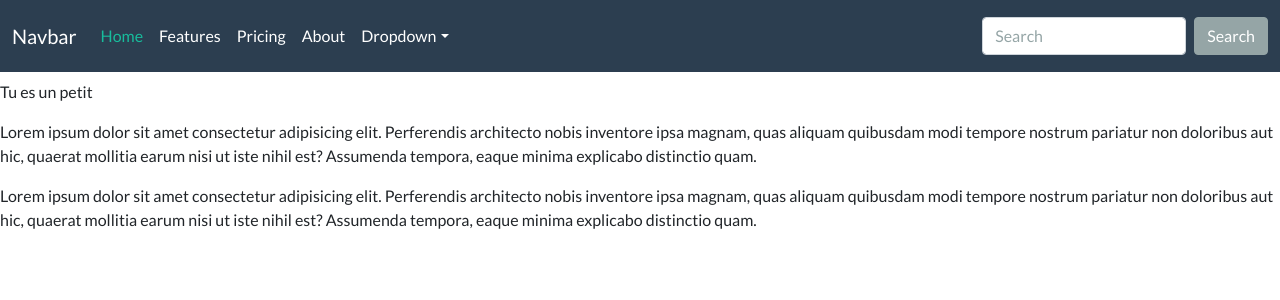
Repository: 2boubacar10/blog_lior_chamla
Page: templates/blog/home.html.twig
The author's editor kept a copy of each file at every save. The page is drawn from the files as they stood at one save, then again after the next save.
The browser window is 1280 px wide. The pictures show the whole page.
The page is a Twig template of a Symfony application; nobody is signed in and links lead nowhere. The template is opened directly, without the code that normally fills it, so the values that code supplies are empty.

Above is the page before, as saved 2021-06-26 15:06:38.

### templates/blog/home.html.twig
{% extends 'base.html.twig' %}

{% block title %}Home!
{% endblock %}

{% block body %}

<h1>{{ title }}</h1>

{% if age > 18 %}
	<p>
		Tu es vieux maintenant</p>
{% else %}
	<p>
		Tu es un petit</p>
{% endif %}

<p>Lorem ipsum dolor sit amet consectetur adipisicing elit. Perferendis architecto nobis inventore ipsa magnam, quas aliquam quibusdam modi tempore nostrum pariatur non doloribus aut hic, quaerat mollitia earum nisi ut iste nihil est? Assumenda tempora, eaque minima explicabo distinctio quam.</p>


<p>Lorem ipsum dolor sit amet consectetur adipisicing elit. Perferendis architecto nobis inventore ipsa magnam, quas aliquam quibusdam modi tempore nostrum pariatur non doloribus aut hic, quaerat mollitia earum nisi ut iste nihil est? Assumenda tempora, eaque minima explicabo distinctio quam.</p>


{% endblock %}

### templates/base.html.twig
<!DOCTYPE html>
<html>
    <head>
        <meta charset="UTF-8">
        <title>{% block title %}Welcome!{% endblock %}</title>
        {# Run `composer require symfony/webpack-encore-bundle`
           and uncomment the following Encore helpers to start using Symfony UX #}
        {% block stylesheets %}
            {#{{ encore_entry_link_tags('app') }}#}
        <link href="{{ asset('css/bootstrap.min.css') }}" rel="stylesheet" type="text/css"/>


        {% endblock %}

        {% block javascripts %}
            {#{{ encore_entry_script_tags('app') }}#}
        {% endblock %}
    </head>
    <body>
        <nav class="navbar navbar-expand-lg navbar-dark bg-primary">
            <div class="container-fluid">
                <a class="navbar-brand" href="#">Navbar</a>
                <button class="navbar-toggler" type="button" data-bs-toggle="collapse" data-bs-target="#navbarColor01" aria-controls="navbarColor01" aria-expanded="false" aria-label="Toggle navigation">
                    <span class="navbar-toggler-icon"></span>
                </button>

                <div class="collapse navbar-collapse" id="navbarColor01">
                    <ul class="navbar-nav me-auto">
                        <li class="nav-item">
                            <a class="nav-link active" href="#">Home
                                <span class="visually-hidden">(current)</span>
                            </a>
                        </li>
                        <li class="nav-item">
                            <a class="nav-link" href="#">Features</a>
                        </li>
                        <li class="nav-item">
                            <a class="nav-link" href="#">Pricing</a>
                        </li>
                        <li class="nav-item">
                            <a class="nav-link" href="#">About</a>
                        </li>
                        <li class="nav-item dropdown">
                            <a class="nav-link dropdown-toggle" data-bs-toggle="dropdown" href="#" role="button" aria-haspopup="true" aria-expanded="false">Dropdown</a>
                            <div class="dropdown-menu">
                                <a class="dropdown-item" href="#">Action</a>
                                <a class="dropdown-item" href="#">Another action</a>
                                <a class="dropdown-item" href="#">Something else here</a>
                                <div class="dropdown-divider"></div>
                                <a class="dropdown-item" href="#">Separated link</a>
                            </div>
                        </li>
                    </ul>
                    <form class="d-flex">
                        <input class="form-control me-sm-2" type="text" placeholder="Search">
                        <button class="btn btn-secondary my-2 my-sm-0" type="submit">Search</button>
                    </form>
                </div>
            </div>
        </nav>

        {% block body %}{% endblock %}
    </body>
</html>

Loaded but not shown: public/css/bootstrap.min.css (library)

After the next save:
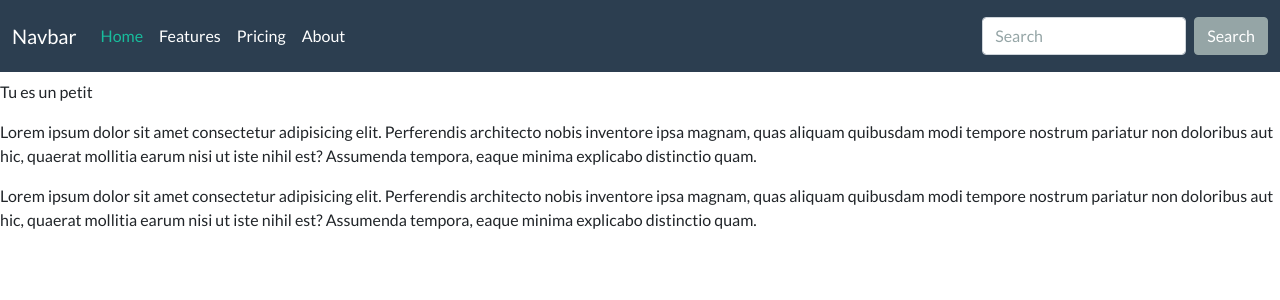
Saved 10 s later.
--- a/templates/base.html.twig
+++ b/templates/base.html.twig
@@ -40,16 +40,7 @@
                         <li class="nav-item">
                             <a class="nav-link" href="#">About</a>
                         </li>
-                        <li class="nav-item dropdown">
-                            <a class="nav-link dropdown-toggle" data-bs-toggle="dropdown" href="#" role="button" aria-haspopup="true" aria-expanded="false">Dropdown</a>
-                            <div class="dropdown-menu">
-                                <a class="dropdown-item" href="#">Action</a>
-                                <a class="dropdown-item" href="#">Another action</a>
-                                <a class="dropdown-item" href="#">Something else here</a>
-                                <div class="dropdown-divider"></div>
-                                <a class="dropdown-item" href="#">Separated link</a>
-                            </div>
-                        </li>
+
                     </ul>
                     <form class="d-flex">
                         <input class="form-control me-sm-2" type="text" placeholder="Search">
